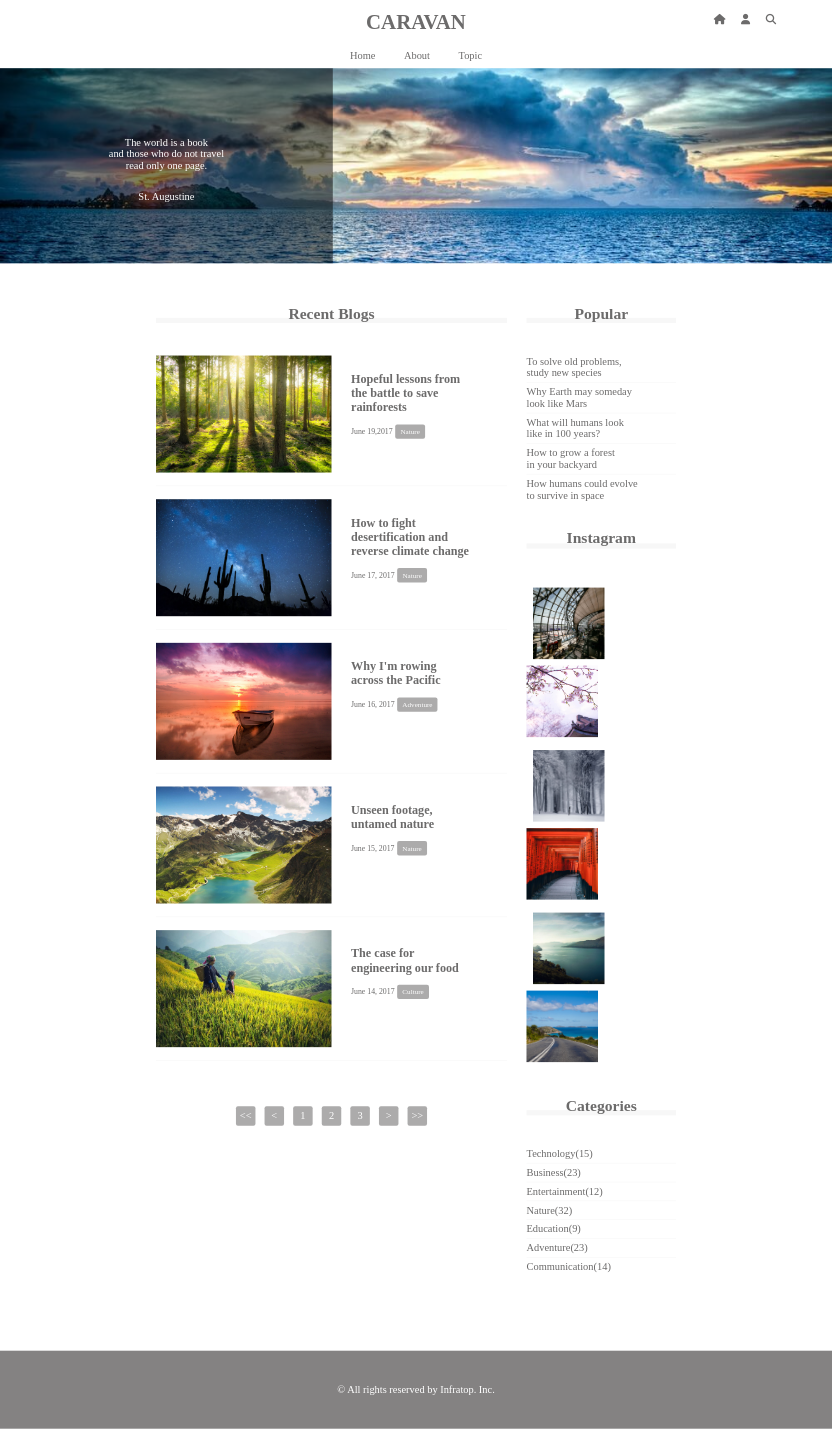
Repository: hira14t/git-practice
Page: caravan/index.html
The author's editor kept a record of every edit. The page is drawn from the files as they stood at one moment, then again after the next edit.
The browser window is 1280 px wide. The pictures show the whole page, at 65% of full size.
Some web libraries are served in a nearby version.

Above is the page before.

### caravan/index.html
<!DOCTYPE html>
<html lang="ja">
  <head>
    <meta charset="UTF-8" />
   <meta name="viewport" content="width=device-width,initial-scale=1.0">
   <script src="https://kit.fontawesome.com/2439424072.js" crossorigin="anonymous"></script>
    <link rel="stylesheet" href="style.css" />
    <title>CARAVAN</title>
  </head>

  <body>

    <header>
      <h1 class="heading">
        <a href="index.html">
        CARAVAN
        </a>
      </h1>

      <div class="social">
         <i class="fa-solid fa-house"></i>
      <i class="fa-solid fa-user"></i>

      <i class="fa-solid fa-magnifying-glass"></i>
      </div>
    </header>

    <nav>
     <ul class="nav-list">
      <li class="nav-list-item">
        <a href="index.html">Home</a>
      </li>
      <li class="nav-list-item">About</li>
      <li class="nav-list-item">Topic</li>
     </ul>
    </nav>

    <div class="main-visual">
      <div class="main-visual-content">
        <p class="main-visual-text">
          The world is a book <br/>
          and those who do not travel </br>
          read only one page.
        </p>
        <p class="main-visual-name">
          St. Augustine
        </p>
      </div>
    </div>

    <main>
      <section class="blog">
        <h2 class="blog-heading">Recent Blogs</h2>
        <div class="blog-box">
          <div class="blog-item">
            <img class="blog-image" src="img/forest.jpg"/>
            <section class="blog-text">
              <h3 class="blog-text-heading">
                <a href="single.html">
                  Hopeful lessons from<br/>
                  the battle to save<br/>
                  rainforests
                </a>
              </h3>
              <p class="blog-date">June 19,2017</p>
              <span class="category">Nature</span>

            </section>
          </div>






          <div class="blog-item">
            <img class="blog-image" src="img/desert.jpg" />
            <section class="blog-text">
              <h3 class="blog-text-heading">
                <a href="single.html">
                  How to fight<br>
                  desertification and<br>
                  reverse climate change
                </a>
              </h3>
              <p class="blog-date">June 17, 2017</p>
              <span class="category">Nature</span>
            </section>
          </div>
          <div class="blog-item">
            <img class="blog-image" src="img/sunset.jpg" />
            <section class="blog-text">
              <h3 class="blog-text-heading">
                <a href="single.html">
                  Why I'm rowing<br>
                  across the Pacific
                </a>
              </h3>
              <p class="blog-date">June 16, 2017</p>
              <span class="category">Adventure</span>
            </section>
          </div>
          <div class="blog-item">
            <img class="blog-image" src="img/italy.jpg" />
            <section class="blog-text">
              <h3 class="blog-text-heading">
                <a href="single.html">
                  Unseen footage,<br>
                  untamed nature
                </a>
              </h3>
              <p class="blog-date">June 15, 2017</p>
              <span class="category">Nature</span>
            </section>
          </div>
          <div class="blog-item">
            <img class="blog-image" src="img/asia.jpg" />
            <section class="blog-text">
              <h3 class="blog-text-heading">
                <a href="single.html">
                  The case for<br>
                  engineering our food
                </a>
              </h3>
              <p class="blog-date">June 14, 2017</p>
              <span class="category">Culture</span>
            </section>
          </div>
        </div>


          <div class="pagination">
          <p><<</p>
          <p><</p>
          <p>1</p>
          <p>2</p>
          <p>3</p>
          <p>></p>
          <p>>></p>
        </div>


       </section>

         <div class="sidebar">
        <section class="popular">
          <h2 class="popular-heading common-heading">Popular</h2>
          <div class="sidebar-contents">
            <p class="popular-text">To solve old problems,<br/>study new species</p>
            <p class="popular-text">Why Earth may someday<br/>look like Mars</p>
            <p class="popular-text">What will humans look<br/>like in 100 years?</p>
            <p class="popular-text">How to grow a forest<br/>in your backyard</p>
            <p class="popular-text">How humans could evolve<br/>to survive in space</p>
          </div>
        </section>
        <section class="instagram">
          <h2 class="instagram-heading common-heading">Instagram</h2>
          <div class="sidebar-contents">
            <div class="instagram-box"></div>
            <div class="instagram-box"></div>
            <div class="instagram-box"></div>
            <div class="instagram-box"></div>
            <div class="instagram-box"></div>
            <div class="instagram-box"></div>
          </div>
        </section>
        <section class="categories">
          <h2 class="categories-heading common-heading">Categories</h2>
          <div class="sidebar-contents">
            <p class="categories-text">Technology(15)</p>
            <p class="categories-text">Business(23)</p>
            <p class="categories-text">Entertainment(12)</p>
            <p class="categories-text">Nature(32)</p>
            <p class="categories-text">Education(9)</p>
            <p class="categories-text">Adventure(23)</p>
            <p class="categories-text">Communication(14)</p>
          </div>
        </section>
      </div>







    </main>




    <footer>
      <p class="footer-text">© All rights reserved by Infratop. Inc.</p>
    </footer>


  </body>
</html>

### caravan/style.css
* {
  margin: 0;
  padding: 0;
  box-sizing: border-box;
  color: #6c6b6b;
}

a {
    text-decoration: none;
}

header {
    width: 90%;
    padding: 15px 0;
    margin: 0 auto;
    text-align: center;
    position: relative;
}

.social i {
  display: inline-block;
  margin-left: 20px;
}

.social {
  position: absolute;
  top: 22px;
  right: 22px;
}

header.heading {
    font-size: 32px;
}

.nav-list {
    text-align: center;
    padding: 10px 0;
    margin: 0 auto;
}

.nav-list-item {
    list-style: none;
    display: inline-block;
    margin: 0 20px;
}

.main-visual {
  width: 100%;
  height: 300px;
  background-image: url(img/mv.jpg);
  background-size: cover;
  background-position: center;
}

.main-visual-content {
  width: 40%;
  height: 300px;
background-color: rgba(0,0,0,0.5);
text-align: center;
padding-top: 105px;
}

.main-visual-text {
  color: #fff
}

.main-visual-name {
  margin-top: 30px;
  color: #fff
}

main{
  width: 800px;
  display: flex;
  justify-contect: center;
  margin: 0 auto;
  padding: 70px 0;
}

.blog {
 width: 540px;
 margin-right: 30px;
}

.blog-heading {
  border-bottom: 8px solid #f7f7f7;
  text-align: center;
  line-height: 0.6;
}

.blog-box {
  padding-top: 50px;
}

.blog-item {
  padding-bottom: 20px;
  margin-bottom: 20px;
  border-bottom: 1px solid #f7f7f7;
  display: flex;
  justify-content: flex-start;
}

.blog-image {
  height: 180px;
}

.blog-text {
  padding: 25px 0 0 30px;
}

.blog-text-heading {
  padding-bottom: 15px;
}

.blog-date {
  font-size: 12px;
  display: inline-block;
}

.category {
  display: inline-block;
  padding: 5px 8px;
  background-color: #acabab;
  border-radius: 3px;
  color: #fff;
  font-size: 11px;
}

.pagination {
  text-align: center;
  padding-top: 50px;
}

.pagination p {
  display: inline-block;
  width: 30px;
  height: 30px;
  margin: 0 5px;
  color: #fff;
  background-color: #acabab;
  border-radius: 3px;
  line-height: 30px;
}

.sidebar {
 width: 230px;
}

.common-heading {
  border-bottom: 8px solid #f7f7f7;
  text-align: center;
  line-height: 0.6;
}

.sidebar-contents {
  padding: 50px 0;
}

.popular-text,
.categories-text {
  padding-bottom: 5px;
  border-bottom: 1px solid #f7f7f7;
  margin-bottom: 5px;
}

.popular-text:last-child,
.categories-text:last-child {
  margin: 0;
  padding: 0;
  border: none;
}

.instagram .sidebar-contents {
  display: flex;
  flex-wrap: wrap;
}

.instagram-box {
  width: 110px;
  padding-top: 110px;
  background-size: cover;
  background-position: center;
  margin-bottom: 10px;
}

.instagram-box:nth-child(odd) {
  margin: 10px;
}

.instagram-box:nth-child(1) {
  background-image: url(img/airport.jpg);
}

.instagram-box:nth-child(2) {
  background-image: url(img/japan.jpg);
}

.instagram-box:nth-child(3) {
  background-image: url(img/snow.jpg);
}

.instagram-box:nth-child(4) {
  background-image: url(img/japan2.jpg);
}

.instagram-box:nth-child(5) {
  background-image: url(img/lake.jpg);
}

.instagram-box:nth-child(6) {
  background-image: url(img/road.jpg);
}

footer {
  width: 100%;
  height: 120px;
  text-align: center;
  line-height: 120px;
  background-color: #848282;
}

.footer-text {
    color: #fff;
}

After the next edit:
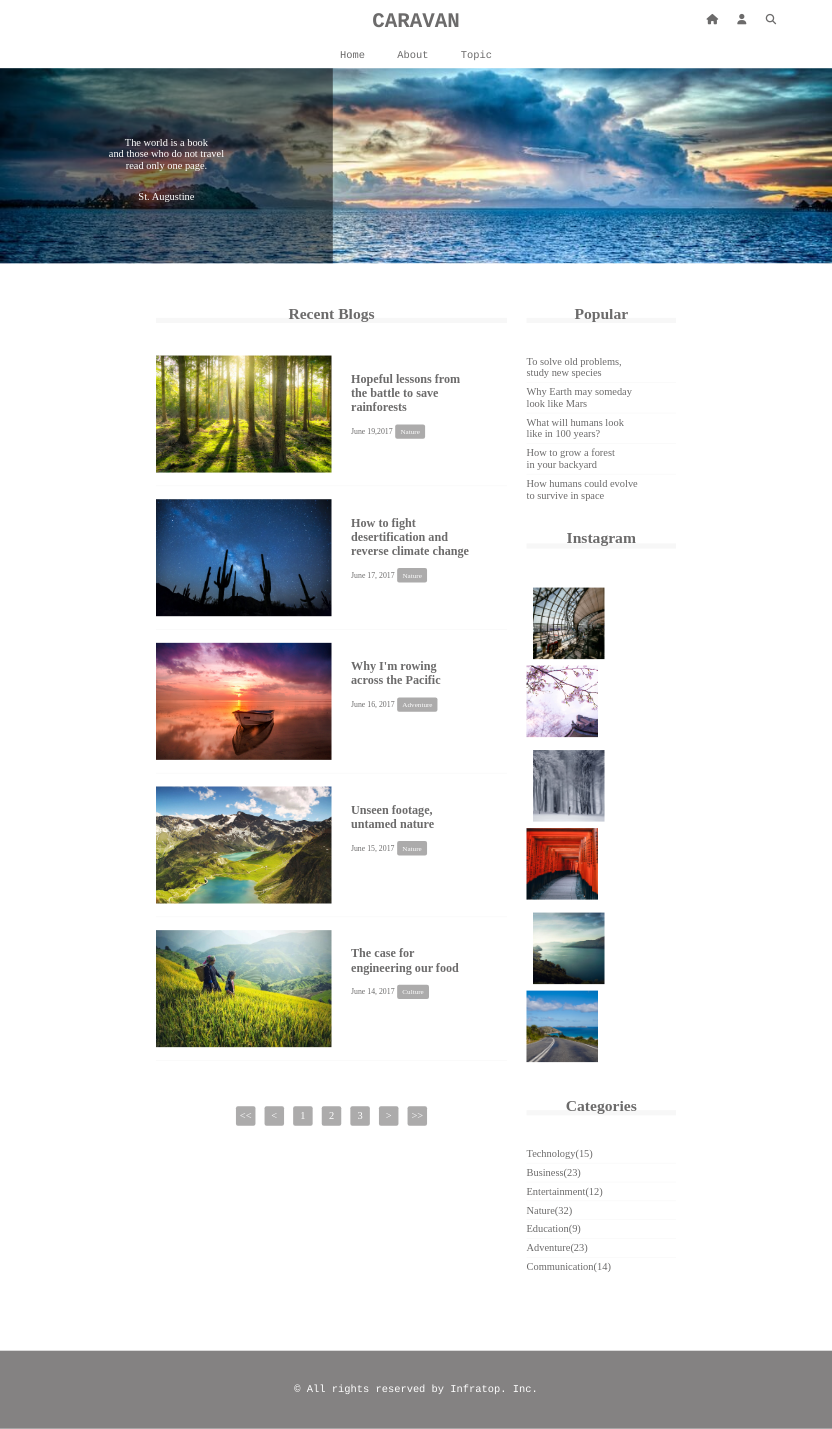
The edit:
--- a/caravan/style.css
+++ b/caravan/style.css
@@ -7,6 +7,11 @@
 
 a {
     text-decoration: none;
+}
+
+header,nav,h2 .main-visual,footer {
+  font-family: Chalkduster,"Bradly Hand",Courier,"Segoe Print",sans-serif;
+
 }
 
 header {
